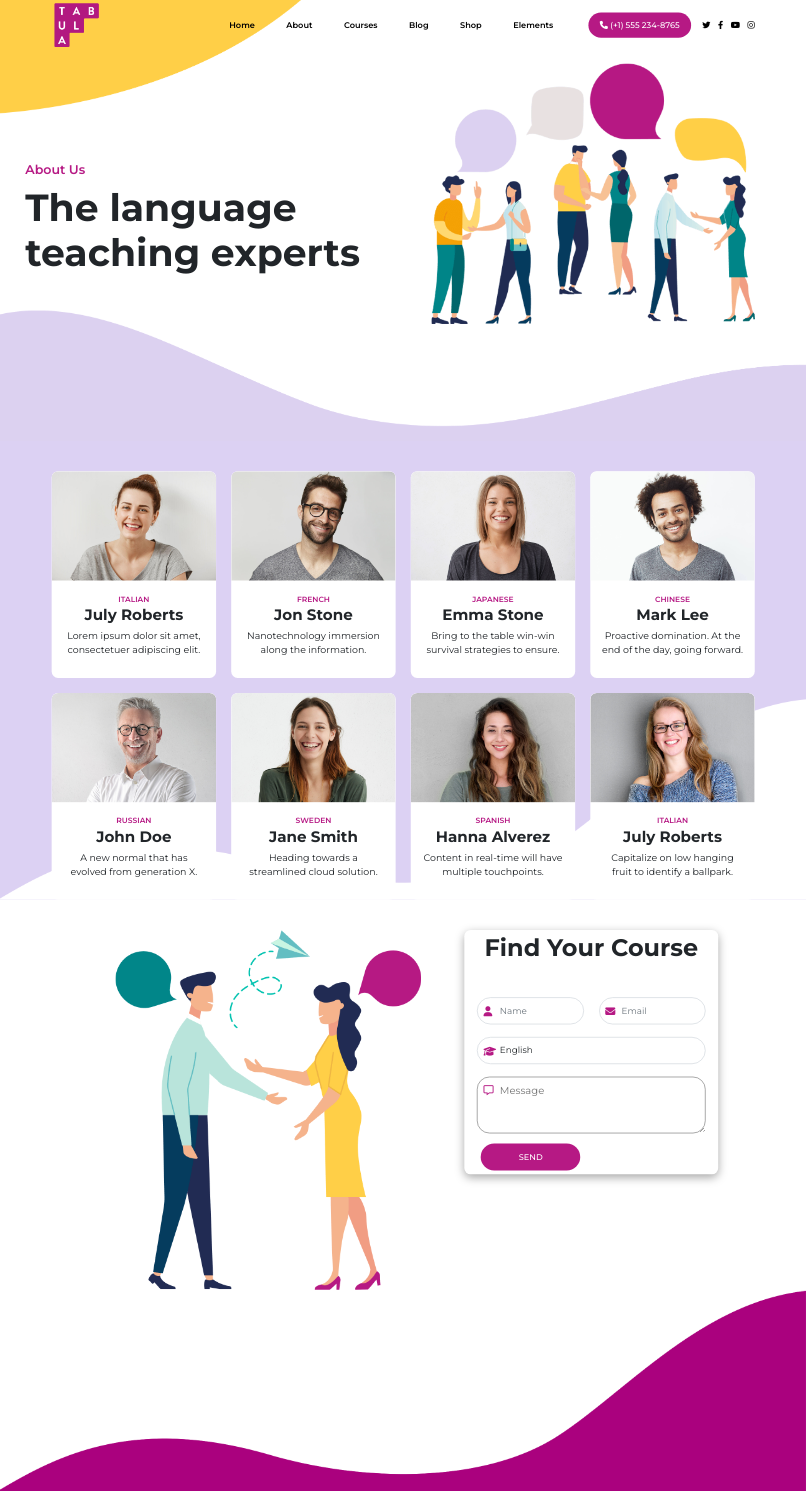
Repository: minhtrivu6199/tabula
Page: index.html
An editor plug-in stored every save of this project. The page is shown before and after the next save, followed by the edit.
The browser window is 1280 px wide. The pictures show the whole page, at 63% of full size.
Some web libraries are served in a nearby version. The style sheet was rebuilt from its Sass, Less or Tailwind sources for each picture, by a compiler version that may differ from the author's.

Above is the page before, as saved 2022-09-28 11:28:49.

After the next save:
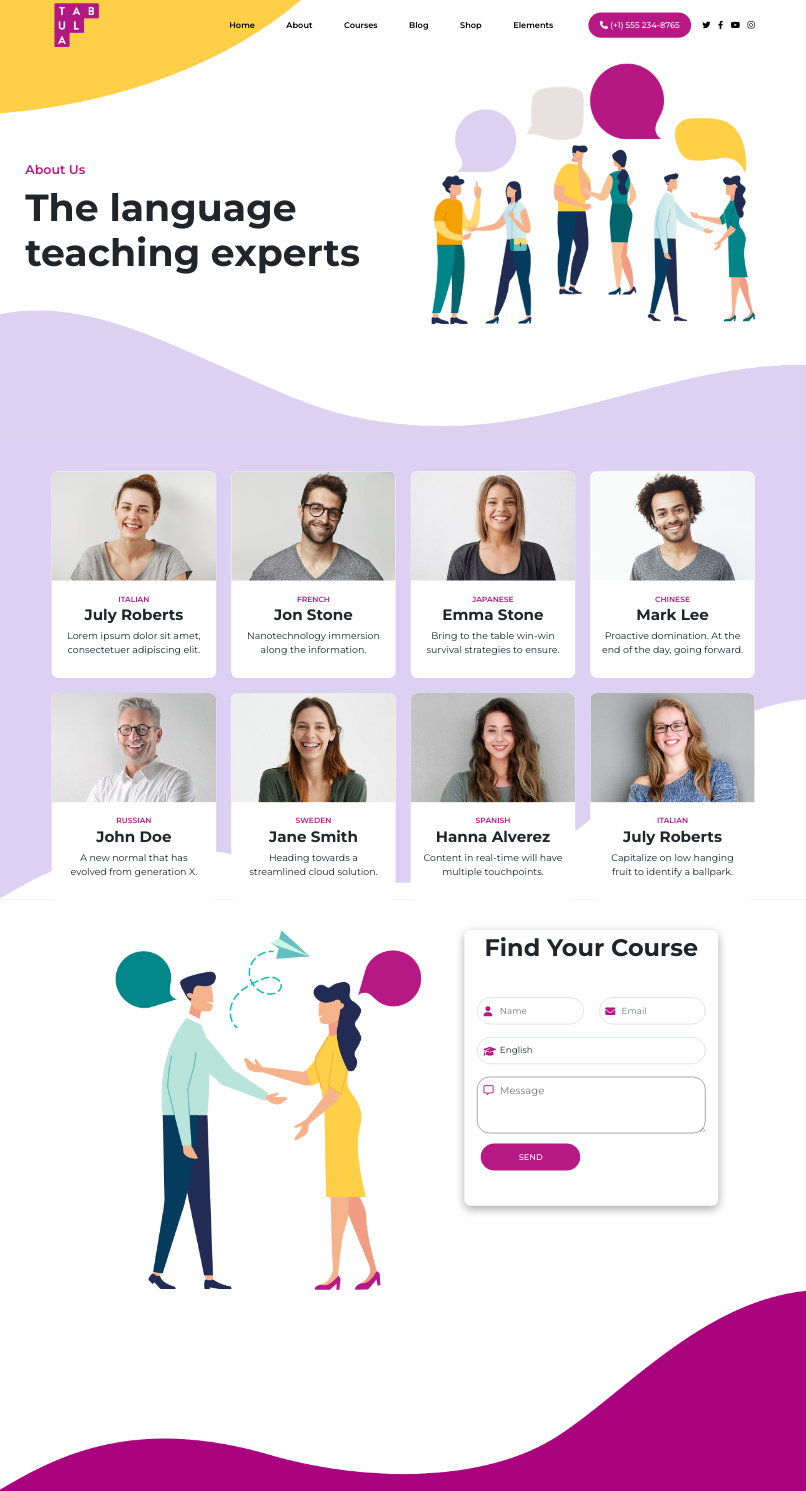
Saved 42 s later.
--- a/scss/style.scss
+++ b/scss/style.scss
@@ -346,6 +346,10 @@ img {
                                         }
                                     }
                                 }
+
+                                .btnForm {
+                                    margin-bottom: 50px;
+                                }
                             }
                         }
                     }
